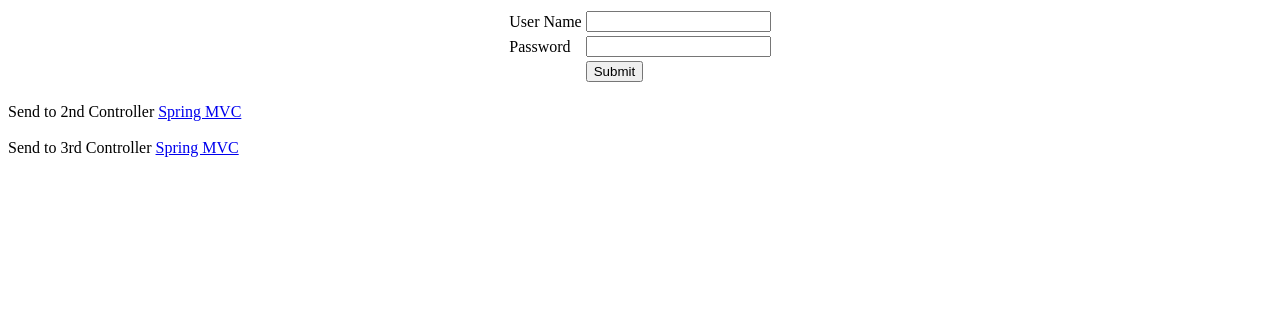
Repository: deeparka/Spring-boot-starting-projects
Page: http://localhost/AssignmentMVC/WEB-INF/views/register.jsp
These files come from the project's save history. The page is drawn as it stood at one moment and after the next save; the edit follows.
The browser window is 1280 px wide. The pictures show the whole page.
The page is served by Tomcat 9. Nobody is signed in. Other server files are loaded and not shown. The template is opened directly, without the code that normally fills it, so the values that code supplies are empty.

Above is the page before, as saved 2023-02-28 09:57:19.

### AssignmentMVC/src/main/webapp/WEB-INF/views/register.jsp
<%@ page language="java" contentType="text/html; charset=UTF-8"
	pageEncoding="UTF-8"%>
<%@taglib uri="http://www.springframework.org/tags/form" prefix="form"%>
<!DOCTYPE html PUBLIC "-//W3C//DTD HTML 4.01 Transitional//EN" "http://www.w3.org/TR/html4/loose.dtd">
<html>
<head>
<meta http-equiv="Content-Type" content="text/html; charset=UTF-8">
<title>Spring Login Form</title>
</head>
<body>
	<form:form name="submitRegisterForm" method="POST">

		<div align="center">
			<table>
				<tr>
					<td>User Name</td>
					<td><input type="text" name="userName" /></td>
				</tr>
				<tr>
					<td>Password</td>
					<td><input type="password" name="password" /></td>
				</tr>
				<tr>
					<td></td>
					<td><input type="submit" value="Submit" /></td>
				</tr>
			</table>
			<div style="color: red">${error}</div>

		</div>
	</form:form>

	<br>
	Send to 2nd Controller
	<a href="hello1">Spring MVC</a>  <br><br>

	Send to 3rd Controller
	<a href="hello2">Spring MVC</a>
</body>
</html>

After the next save:
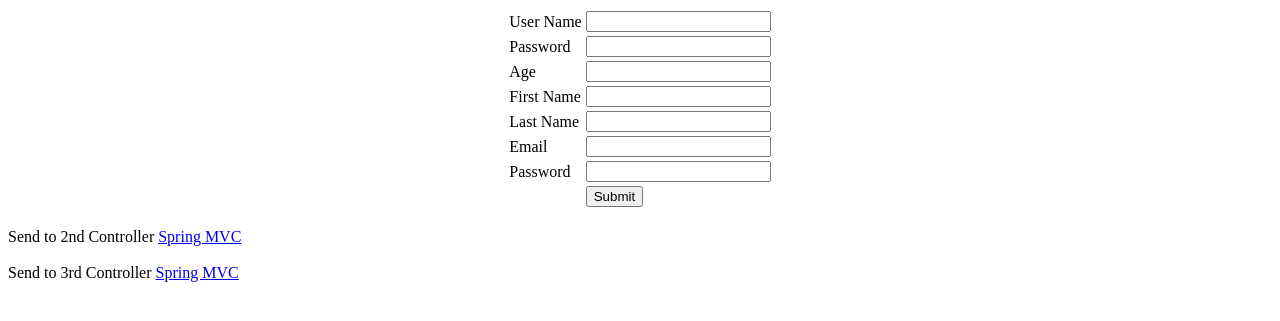
Saved 2 min 45 s later.
--- a/AssignmentMVC/src/main/webapp/WEB-INF/views/register.jsp
+++ b/AssignmentMVC/src/main/webapp/WEB-INF/views/register.jsp
@@ -21,6 +21,26 @@
 					<td><input type="password" name="password" /></td>
 				</tr>
 				<tr>
+					<td>Age</td>
+					<td><input type="text" name="age" /></td>
+				</tr>
+				<tr>
+					<td>First Name</td>
+					<td><input type="text" name="firstName" /></td>
+				</tr>
+				<tr>
+					<td>Last Name</td>
+					<td><input type="text" name="lastName" /></td>
+				</tr>
+				<tr>
+					<td>Email</td>
+					<td><input type="text" name="email" /></td>
+				</tr>
+				<tr>
+					<td>Password</td>
+					<td><input type="password" name="emailPassword" /></td>
+				</tr>
+				<tr>
 					<td></td>
 					<td><input type="submit" value="Submit" /></td>
 				</tr>
